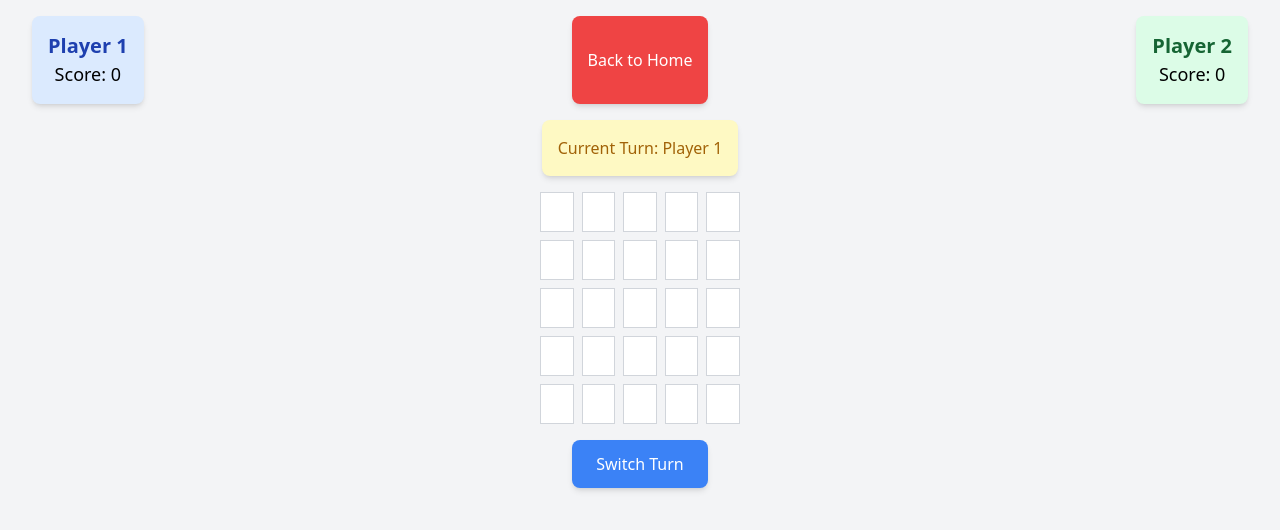
Repository: mohitagrawal0412/Lexicon-Duel
Page: /, after clicking the first element matching `button.px-4`
An editor plug-in stored every save of this project. The page is shown before and after the next save, followed by the edit.
The browser window is 1280 px wide. The pictures show the whole page.
The project was rebuilt for these pictures with package versions that can differ from the ones it lists, and the page was loaded fresh each time. Also part of the build but not shown: vite.config.js.

Above is the page before, as saved 2025-01-21 22:27:06.

### src/App.jsx
import { useState } from 'react'
import HomePage from './HomePage'

function App() {
  const [count, setCount] = useState(0)


  return (
    <>


      <HomePage />
    </>
  )
}

export default App

### src/Grid.jsx
import React, { useState } from 'react';

const Grid = ({ size, onBack }) => {
    const [gridData, setGridData] = useState(
        Array.from({ length: size * size }, () => "")
    );
    const [selectedIndices, setSelectedIndices] = useState([]);
    const [isSelecting, setIsSelecting] = useState(false);
    const [selectionDirection, setSelectionDirection] = useState(null);
    const [selectedWord, setSelectedWord] = useState("");
    const [error, setError] = useState(null);
    const [playerScores, setPlayerScores] = useState({ player1: 0, player2: 0 });
    const [currentPlayer, setCurrentPlayer] = useState(1);
    const [player1HasPlayed, setPlayer1HasPlayed] = useState(false);
    const [player2HasPlayed, setPlayer2HasPlayed] = useState(false);

    const handleInputChange = (index, value) => {
        const updatedGrid = [...gridData];
        updatedGrid[index] = value.toUpperCase().charAt(0);
        setGridData(updatedGrid);

        // Mark that a player has inserted a character
        if (currentPlayer === 1) {
            setPlayer1HasPlayed(true);
        } else {
            setPlayer2HasPlayed(true);
        }
    };

    const handleMouseDown = (index) => {
        setSelectedIndices([index]);
        setIsSelecting(true);
        setSelectionDirection(null);
        setError(null);
    };

    const handleMouseEnter = (index) => {
        if (isSelecting) {
            const startIndex = selectedIndices[0];
            const rowStart = Math.floor(startIndex / size);
            const colStart = startIndex % size;
            const rowCurrent = Math.floor(index / size);
            const colCurrent = index % size;

            if (!selectionDirection) {
                if (rowStart === rowCurrent) {
                    setSelectionDirection('horizontal');
                } else if (colStart === colCurrent) {
                    setSelectionDirection('vertical');
                }
            }

            if (selectionDirection === 'horizontal' && rowStart === rowCurrent) {
                const minCol = Math.min(colStart, colCurrent);
                const maxCol = Math.max(colStart, colCurrent);
                const newSelected = Array.from(
                    { length: maxCol - minCol + 1 },
                    (_, i) => rowStart * size + minCol + i
                );
                setSelectedIndices(newSelected);
            } else if (selectionDirection === 'vertical' && colStart === colCurrent) {
                const minRow = Math.min(rowStart, rowCurrent);
                const maxRow = Math.max(rowStart, rowCurrent);
                const newSelected = Array.from(
                    { length: maxRow - minRow + 1 },
                    (_, i) => (minRow + i) * size + colStart
                );
                setSelectedIndices(newSelected);
            }
        }
    };

    const handleMouseUp = () => {
        setIsSelecting(false);
        setSelectionDirection(null);
    };

    const handleKeyPress = (e) => {
        if (e.key === "Enter") {
            const selectedChars = selectedIndices.map((index) => gridData[index]);
            if (selectedChars.includes("")) {
                setError("Invalid word: One or more selected cells are empty");
                setSelectedWord("");
            } else {
                const word = selectedChars.join('');
                setSelectedWord(word);
                setError(null);

                const wordLength = word.length;

                // Add score only if word is selected and no error
                if (!error && wordLength > 0) {
                    setPlayerScores((prevScores) => ({
                        ...prevScores,
                        [`player${currentPlayer}`]: prevScores[`player${currentPlayer}`] + wordLength,
                    }));
                }

                // Reset selected cells
                setSelectedIndices([]);
                setSelectedWord("");
            }
            setCurrentPlayer((prevPlayer) => (prevPlayer === 1 ? 2 : 1));
            setPlayer1HasPlayed(false);  // Reset the player 1 status
            setPlayer2HasPlayed(false);  // Reset the player 2 status
        }
    };

    // Switch player turn manually
    const handleSwitchTurn = () => {
        if ((currentPlayer === 1 && player1HasPlayed) || (currentPlayer === 2 && player2HasPlayed)) {
            setCurrentPlayer((prevPlayer) => (prevPlayer === 1 ? 2 : 1));
            setPlayer1HasPlayed(false);  // Reset the player 1 status
            setPlayer2HasPlayed(false);  // Reset the player 2 status
        } else {
            setError("Player must insert a character before switching turn");
        }
    };

    return (
        <div
            className="flex flex-col items-center min-h-screen bg-gray-100"
            tabIndex={0}
            onKeyDown={handleKeyPress}
        >
            <div className="flex justify-between w-full px-8 my-4">
                {/* Player 1 Scorecard */}
                <div className="flex flex-col items-center bg-blue-100 p-4 rounded-lg shadow-md">
                    <h2 className="text-xl font-bold text-blue-800">Player 1</h2>
                    <p className="text-lg font-medium">Score: {playerScores.player1}</p>
                </div>

                <button
                    onClick={onBack}
                    className="px-4 py-2 bg-red-500 text-white font-medium rounded-lg shadow-md hover:bg-red-600 focus:outline-none focus:ring-2 focus:ring-red-400"
                >
                    Back to Home
                </button>

                {/* Player 2 Scorecard */}
                <div className="flex flex-col items-center bg-green-100 p-4 rounded-lg shadow-md">
                    <h2 className="text-xl font-bold text-green-800">Player 2</h2>
                    <p className="text-lg font-medium">Score: {playerScores.player2}</p>
                </div>
            </div>

            {/* Current Player Indicator */}
            <div className="mb-4 p-4 bg-yellow-100 text-yellow-700 font-medium rounded-lg shadow-md">
                <h3>Current Turn: Player {currentPlayer}</h3>
            </div>

            {/* Error Display */}
            {error && (
                <div className="mb-4 p-4 bg-red-100 text-red-700 font-medium rounded-lg shadow-md">
                    {error}
                </div>
            )}

            {/* Selected Word Display */}
            {selectedWord && !error && (
                <div className="mb-4 p-4 bg-green-100 text-green-700 font-medium rounded-lg shadow-md">
                    Selected Word: {selectedWord}
                </div>
            )}

            {/* Grid */}
            <div
                className={`grid gap-2`}
                style={{
                    gridTemplateColumns: `repeat(${size}, minmax(0, 1fr))`,
                    width: `${size * 40}px`,
                }}
            >
                {gridData.map((cell, index) => (
                    <input
                        key={index}
                        type="text"
                        maxLength="1"
                        value={cell}
                        onChange={(e) => handleInputChange(index, e.target.value)}
                        onMouseDown={() => handleMouseDown(index)}
                        onMouseEnter={() => handleMouseEnter(index)}
                        onMouseUp={handleMouseUp}
                        style={{
                            backgroundColor: selectedIndices.includes(index) ? 'aqua' : 'white',
                        }}
                        className={`flex items-center justify-center border border-gray-300 bg-white h-10 text-gray-700 font-medium text-center uppercase focus:outline-none focus:ring-2`}
                    />

                ))}
            </div>

            {/* Button to switch turn */}
            <button
                onClick={handleSwitchTurn}
                className="mt-4 px-6 py-3 bg-blue-500 text-white font-medium rounded-lg shadow-md hover:bg-blue-600 focus:outline-none focus:ring-2 focus:ring-blue-400"
            >
                Switch Turn
            </button>
        </div>
    );
};

export default Grid;

Loaded but not shown: index.html (common file); src/main.jsx (common file); src/index.css (common file); tailwind.config.js (common file); src/HomePage.jsx (104 lines, source omitted)

After the next save:
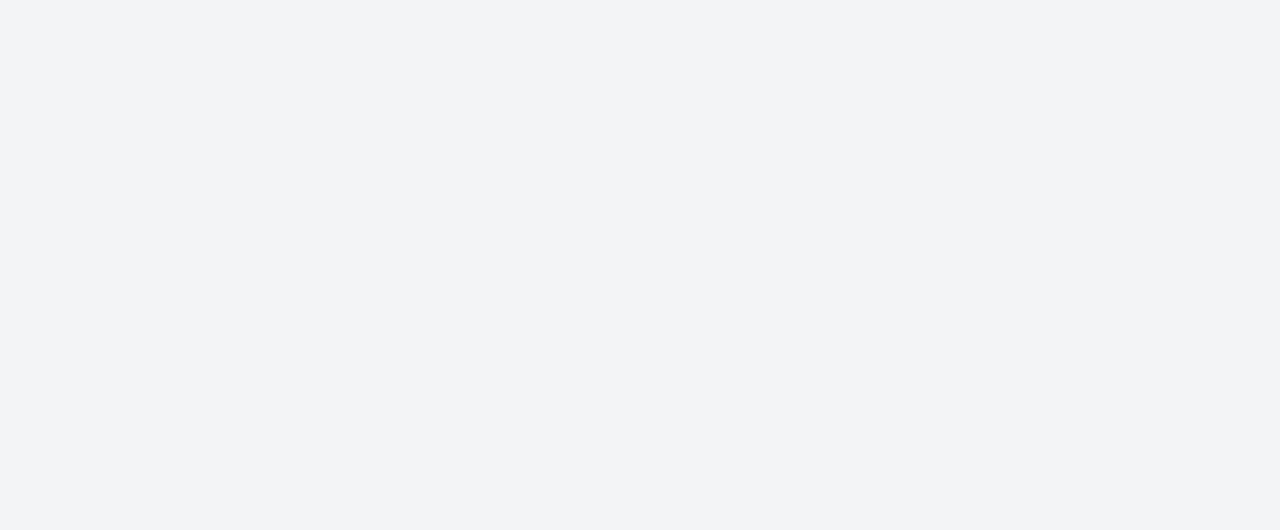
Saved 3 min 40 s later.
--- a/src/Grid.jsx
+++ b/src/Grid.jsx
@@ -77,43 +77,47 @@
 
     const handleKeyPress = (e) => {
         if (e.key === "Enter") {
-            const selectedChars = selectedIndices.map((index) => gridData[index]);
-            if (selectedChars.includes("")) {
-                setError("Invalid word: One or more selected cells are empty");
-                setSelectedWord("");
+            if (selectedIndices.length === 0) {
+                // No grid selected, directly change the turn
+                if ((currentPlayer === 1 && player1HasPlayed) || (currentPlayer === 2 && player2HasPlayed)) {
+                    setCurrentPlayer((prevPlayer) => (prevPlayer === 1 ? 2 : 1));
+                    setPlayer1HasPlayed(false); // Reset player status
+                    setPlayer2HasPlayed(false); // Reset player status
+                    setError(null);
+                } else {
+                    setError("Player must insert a character before switching turn");
+                }
             } else {
-                const word = selectedChars.join('');
-                setSelectedWord(word);
-                setError(null);
+                // Grid is selected, process the word and then change the turn
+                const selectedChars = selectedIndices.map((index) => gridData[index]);
+                if (selectedChars.includes("")) {
+                    setError("Invalid word: One or more selected cells are empty");
+                    setSelectedWord("");
+                } else {
+                    const word = selectedChars.join('');
+                    setSelectedWord(word);
+                    setError(null);
 
-                const wordLength = word.length;
+                    const wordLength = word.length;
 
-                // Add score only if word is selected and no error
-                if (!error && wordLength > 0) {
-                    setPlayerScores((prevScores) => ({
-                        ...prevScores,
-                        [`player${currentPlayer}`]: prevScores[`player${currentPlayer}`] + wordLength,
-                    }));
+                    // Add score only if word is valid
+                    if (wordLength > 0) {
+                        setPlayerScores((prevScores) => ({
+                            ...prevScores,
+                            [`player${currentPlayer}`]: prevScores[`player${currentPlayer}`] + wordLength,
+                        }));
+                    }
+
+                    // Reset selected cells
+                    setSelectedIndices([]);
+                    setSelectedWord("");
+
+                    // Change the turn
+                    setCurrentPlayer((prevPlayer) => (prevPlayer === 1 ? 2 : 1));
+                    setPlayer1HasPlayed(false); // Reset player status
+                    setPlayer2HasPlayed(false); // Reset player status
                 }
-
-                // Reset selected cells
-                setSelectedIndices([]);
-                setSelectedWord("");
             }
-            setCurrentPlayer((prevPlayer) => (prevPlayer === 1 ? 2 : 1));
-            setPlayer1HasPlayed(false);  // Reset the player 1 status
-            setPlayer2HasPlayed(false);  // Reset the player 2 status
-        }
-    };
-
-    // Switch player turn manually
-    const handleSwitchTurn = () => {
-        if ((currentPlayer === 1 && player1HasPlayed) || (currentPlayer === 2 && player2HasPlayed)) {
-            setCurrentPlayer((prevPlayer) => (prevPlayer === 1 ? 2 : 1));
-            setPlayer1HasPlayed(false);  // Reset the player 1 status
-            setPlayer2HasPlayed(false);  // Reset the player 2 status
-        } else {
-            setError("Player must insert a character before switching turn");
         }
     };
 
@@ -123,80 +127,7 @@
             tabIndex={0}
             onKeyDown={handleKeyPress}
         >
-            <div className="flex justify-between w-full px-8 my-4">
-                {/* Player 1 Scorecard */}
-                <div className="flex flex-col items-center bg-blue-100 p-4 rounded-lg shadow-md">
-                    <h2 className="text-xl font-bold text-blue-800">Player 1</h2>
-                    <p className="text-lg font-medium">Score: {playerScores.player1}</p>
-                </div>
-
-                <button
-                    onClick={onBack}
-                    className="px-4 py-2 bg-red-500 text-white font-medium rounded-lg shadow-md hover:bg-red-600 focus:outline-none focus:ring-2 focus:ring-red-400"
-                >
-                    Back to Home
-                </button>
-
-                {/* Player 2 Scorecard */}
-                <div className="flex flex-col items-center bg-green-100 p-4 rounded-lg shadow-md">
-                    <h2 className="text-xl font-bold text-green-800">Player 2</h2>
-                    <p className="text-lg font-medium">Score: {playerScores.player2}</p>
-                </div>
-            </div>
-
-            {/* Current Player Indicator */}
-            <div className="mb-4 p-4 bg-yellow-100 text-yellow-700 font-medium rounded-lg shadow-md">
-                <h3>Current Turn: Player {currentPlayer}</h3>
-            </div>
-
-            {/* Error Display */}
-            {error && (
-                <div className="mb-4 p-4 bg-red-100 text-red-700 font-medium rounded-lg shadow-md">
-                    {error}
-                </div>
-            )}
-
-            {/* Selected Word Display */}
-            {selectedWord && !error && (
-                <div className="mb-4 p-4 bg-green-100 text-green-700 font-medium rounded-lg shadow-md">
-                    Selected Word: {selectedWord}
-                </div>
-            )}
-
-            {/* Grid */}
-            <div
-                className={`grid gap-2`}
-                style={{
-                    gridTemplateColumns: `repeat(${size}, minmax(0, 1fr))`,
-                    width: `${size * 40}px`,
-                }}
-            >
-                {gridData.map((cell, index) => (
-                    <input
-                        key={index}
-                        type="text"
-                        maxLength="1"
-                        value={cell}
-                        onChange={(e) => handleInputChange(index, e.target.value)}
-                        onMouseDown={() => handleMouseDown(index)}
-                        onMouseEnter={() => handleMouseEnter(index)}
-                        onMouseUp={handleMouseUp}
-                        style={{
-                            backgroundColor: selectedIndices.includes(index) ? 'aqua' : 'white',
-                        }}
-                        className={`flex items-center justify-center border border-gray-300 bg-white h-10 text-gray-700 font-medium text-center uppercase focus:outline-none focus:ring-2`}
-                    />
-
-                ))}
-            </div>
-
-            {/* Button to switch turn */}
-            <button
-                onClick={handleSwitchTurn}
-                className="mt-4 px-6 py-3 bg-blue-500 text-white font-medium rounded-lg shadow-md hover:bg-blue-600 focus:outline-none focus:ring-2 focus:ring-blue-400"
-            >
-                Switch Turn
-            </button>
+            {/* ...rest of the component */}
         </div>
     );
 };

After the save that followed:
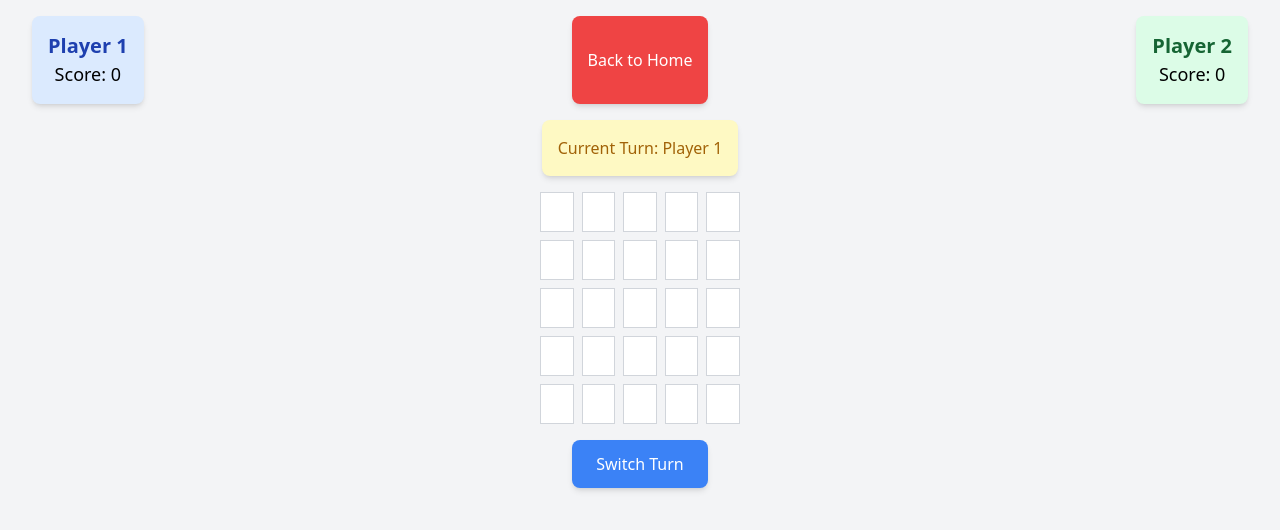
Saved 25 s later.
--- a/src/Grid.jsx
+++ b/src/Grid.jsx
@@ -77,47 +77,43 @@
 
     const handleKeyPress = (e) => {
         if (e.key === "Enter") {
-            if (selectedIndices.length === 0) {
-                // No grid selected, directly change the turn
-                if ((currentPlayer === 1 && player1HasPlayed) || (currentPlayer === 2 && player2HasPlayed)) {
-                    setCurrentPlayer((prevPlayer) => (prevPlayer === 1 ? 2 : 1));
-                    setPlayer1HasPlayed(false); // Reset player status
-                    setPlayer2HasPlayed(false); // Reset player status
-                    setError(null);
-                } else {
-                    setError("Player must insert a character before switching turn");
+            const selectedChars = selectedIndices.map((index) => gridData[index]);
+            if (selectedChars.includes("")) {
+                setError("Invalid word: One or more selected cells are empty");
+                setSelectedWord("");
+            } else {
+                const word = selectedChars.join('');
+                setSelectedWord(word);
+                setError(null);
+
+                const wordLength = word.length;
+
+                // Add score only if word is selected and no error
+                if (!error && wordLength > 0) {
+                    setPlayerScores((prevScores) => ({
+                        ...prevScores,
+                        [`player${currentPlayer}`]: prevScores[`player${currentPlayer}`] + wordLength,
+                    }));
                 }
-            } else {
-                // Grid is selected, process the word and then change the turn
-                const selectedChars = selectedIndices.map((index) => gridData[index]);
-                if (selectedChars.includes("")) {
-                    setError("Invalid word: One or more selected cells are empty");
-                    setSelectedWord("");
-                } else {
-                    const word = selectedChars.join('');
-                    setSelectedWord(word);
-                    setError(null);
-
-                    const wordLength = word.length;
-
-                    // Add score only if word is valid
-                    if (wordLength > 0) {
-                        setPlayerScores((prevScores) => ({
-                            ...prevScores,
-                            [`player${currentPlayer}`]: prevScores[`player${currentPlayer}`] + wordLength,
-                        }));
-                    }
-
-                    // Reset selected cells
-                    setSelectedIndices([]);
-                    setSelectedWord("");
-
-                    // Change the turn
-                    setCurrentPlayer((prevPlayer) => (prevPlayer === 1 ? 2 : 1));
-                    setPlayer1HasPlayed(false); // Reset player status
-                    setPlayer2HasPlayed(false); // Reset player status
-                }
+
+                // Reset selected cells
+                setSelectedIndices([]);
+                setSelectedWord("");
             }
+            setCurrentPlayer((prevPlayer) => (prevPlayer === 1 ? 2 : 1));
+            setPlayer1HasPlayed(false);  // Reset the player 1 status
+            setPlayer2HasPlayed(false);  // Reset the player 2 status
+        }
+    };
+
+    // Switch player turn manually
+    const handleSwitchTurn = () => {
+        if ((currentPlayer === 1 && player1HasPlayed) || (currentPlayer === 2 && player2HasPlayed)) {
+            setCurrentPlayer((prevPlayer) => (prevPlayer === 1 ? 2 : 1));
+            setPlayer1HasPlayed(false);  // Reset the player 1 status
+            setPlayer2HasPlayed(false);  // Reset the player 2 status
+        } else {
+            setError("Player must insert a character before switching turn");
         }
     };
 
@@ -127,7 +123,80 @@
             tabIndex={0}
             onKeyDown={handleKeyPress}
         >
-            {/* ...rest of the component */}
+            <div className="flex justify-between w-full px-8 my-4">
+                {/* Player 1 Scorecard */}
+                <div className="flex flex-col items-center bg-blue-100 p-4 rounded-lg shadow-md">
+                    <h2 className="text-xl font-bold text-blue-800">Player 1</h2>
+                    <p className="text-lg font-medium">Score: {playerScores.player1}</p>
+                </div>
+
+                <button
+                    onClick={onBack}
+                    className="px-4 py-2 bg-red-500 text-white font-medium rounded-lg shadow-md hover:bg-red-600 focus:outline-none focus:ring-2 focus:ring-red-400"
+                >
+                    Back to Home
+                </button>
+
+                {/* Player 2 Scorecard */}
+                <div className="flex flex-col items-center bg-green-100 p-4 rounded-lg shadow-md">
+                    <h2 className="text-xl font-bold text-green-800">Player 2</h2>
+                    <p className="text-lg font-medium">Score: {playerScores.player2}</p>
+                </div>
+            </div>
+
+            {/* Current Player Indicator */}
+            <div className="mb-4 p-4 bg-yellow-100 text-yellow-700 font-medium rounded-lg shadow-md">
+                <h3>Current Turn: Player {currentPlayer}</h3>
+            </div>
+
+            {/* Error Display */}
+            {error && (
+                <div className="mb-4 p-4 bg-red-100 text-red-700 font-medium rounded-lg shadow-md">
+                    {error}
+                </div>
+            )}
+
+            {/* Selected Word Display */}
+            {selectedWord && !error && (
+                <div className="mb-4 p-4 bg-green-100 text-green-700 font-medium rounded-lg shadow-md">
+                    Selected Word: {selectedWord}
+                </div>
+            )}
+
+            {/* Grid */}
+            <div
+                className={`grid gap-2`}
+                style={{
+                    gridTemplateColumns: `repeat(${size}, minmax(0, 1fr))`,
+                    width: `${size * 40}px`,
+                }}
+            >
+                {gridData.map((cell, index) => (
+                    <input
+                        key={index}
+                        type="text"
+                        maxLength="1"
+                        value={cell}
+                        onChange={(e) => handleInputChange(index, e.target.value)}
+                        onMouseDown={() => handleMouseDown(index)}
+                        onMouseEnter={() => handleMouseEnter(index)}
+                        onMouseUp={handleMouseUp}
+                        style={{
+                            backgroundColor: selectedIndices.includes(index) ? 'aqua' : 'white',
+                        }}
+                        className={`flex items-center justify-center border border-gray-300 bg-white h-10 text-gray-700 font-medium text-center uppercase focus:outline-none focus:ring-2`}
+                    />
+
+                ))}
+            </div>
+
+            {/* Button to switch turn */}
+            <button
+                onClick={handleSwitchTurn}
+                className="mt-4 px-6 py-3 bg-blue-500 text-white font-medium rounded-lg shadow-md hover:bg-blue-600 focus:outline-none focus:ring-2 focus:ring-blue-400"
+            >
+                Switch Turn
+            </button>
         </div>
     );
 };
